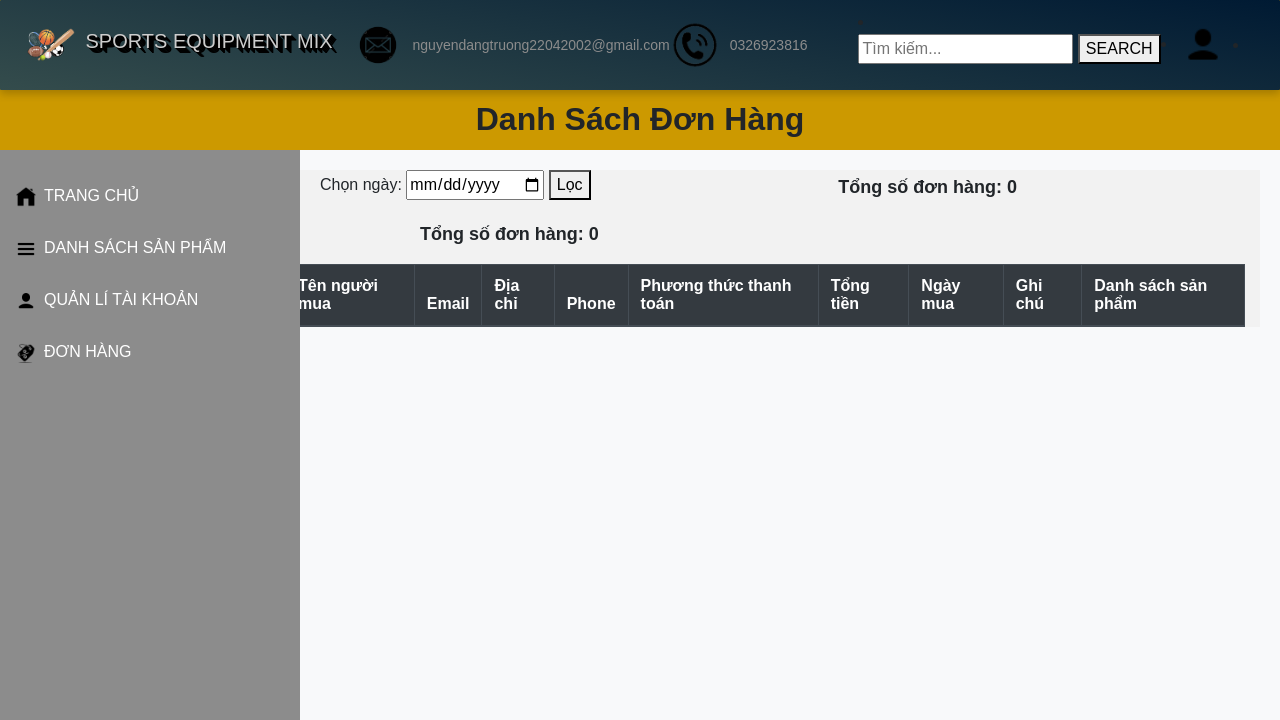
Repository: nguyendangtruong220420002/WWW-BanDungCuThietBiTheThao
Page: http://localhost/WebBanDungCuTheThao/QuanLy/DSDonHang.jsp
An editor plug-in stored every save of this project. The page is shown before and after the next save, followed by the edit.
The browser window is 1280 px wide. The pictures show the whole page.
The page is served by Tomcat 10. Other server files are loaded and not shown. The template is opened directly, without the code that normally fills it, so the values that code supplies are empty.

Above is the page before, as saved 2024-07-22 07:37:32.

### WebBanDungCuTheThao/src/main/webapp/QuanLy/DSDonHang.jsp
<%@ page language="java" contentType="text/html; charset=UTF-8"
	pageEncoding="UTF-8"%>
<%@ taglib uri="http://java.sun.com/jsp/jstl/core" prefix="c"%>

<%@ taglib uri="http://java.sun.com/jsp/jstl/functions" prefix="fn"%>
<%@ taglib uri="http://java.sun.com/jsp/jstl/fmt" prefix="fmt"%>
<html>
<head>
<meta charset="UTF-8">
<title>Quản Lý Đơn Hàng</title>
<link
	href="https://stackpath.bootstrapcdn.com/bootstrap/4.5.2/css/bootstrap.min.css"
	rel="stylesheet">
<!-- Bootstrap JS và jQuery -->
<script src="https://code.jquery.com/jquery-3.5.1.slim.min.js"></script>
<script
	src="https://cdn.jsdelivr.net/npm/@popperjs/core@2.9.2/dist/umd/popper.min.js"></script>
<script
	src="https://stackpath.bootstrapcdn.com/bootstrap/4.5.2/js/bootstrap.min.js"></script>
<style>
body {
	font-family: Arial, sans-serif;
	margin: 0;
	padding: 0;
	box-sizing: border-box;
	display: flex;
	flex-direction: column;
	min-height: 100vh;
}

.logo {
	display: flex;
	align-items: center;
	justify-content: space-around;
	padding: 10px;
	background: linear-gradient(10deg, #344c4c, #001a33);
	border-radius: 1px;
	box-shadow: 0 4px 8px rgba(0, 0, 0, 0.2);
}

.logo-left {
	display: flex;
	align-items: center;
}

.logo-right {
	display: flex;
	align-items: center;
}

.logo img {
	height: 50px;
	width: 50px;
	margin-right: 10px;
}

.logo h1 {
	font-size: 20px;
	text-shadow: 1px 1px 0 #000, 2px 2px 0 #000, 3px 3px 0 #000, 4px 4px 0
		#000, 5px 5px 0 #000;
	color: #cccccc;
	font-weight: 100;
	margin-right: 20px;
}

.contact-info {
	display: flex;
	align-items: center;
	margin-right: 20px;
}

.contact-info h2 {
	margin: 0;
	font-size: 14px;
	color: #8c8c8c;
}

.social-icons img {
	height: 40px;
	width: 40px;
	margin: 10px;
}

header {
	background-color: #cc9900;
	height: 150px;
}

.memu-icons {
	height: 15px;
	width: 15px;
	margin: 0 5px;
}

.user-menu {
	display: none;
	position: absolute;
	background-color: white;
	border: 1px solid #ccc;
	padding: 10px;
	right: 15px;
	top: 40px;
}

.user-menu a {
	display: block;
	color: #333;
	text-decoration: none;
	margin: 5px 0;
}

.user-icon {
	position: relative;
	cursor: pointer;
}

.sidebar {
	width: 300px;
	height: 100%;
	background-color: #8c8c8c;
	padding-top: 20px;
	position: fixed;
	top: 150px; /* Dưới header */
	left: 0;
	overflow-y: auto;
}

.nav-list {
	list-style-type: none;
	padding: 0;
	margin: 0;
}

.nav-list li {
	position: relative;
}

.nav-list li a {
	display: block;
	color: white;
	padding: 14px 16px;
	text-decoration: none;
}

.nav-list li a:hover {
	background-color: #111;
}

.menu-icons {
	height: 20px;
	width: 20px;
	margin-right: 8px;
}

.dropdown-content {
	display: none;
	background-color: #444;
	padding-left: 20px;
}

.dropdown-content a {
	color: white;
	padding: 12px 16px;
	text-decoration: none;
	display: block;
}

.dropdown-content a:hover {
	background-color: #555;
}

main {
	margin-left: 250px; /* Để lại khoảng trống cho sidebar */
	padding: 20px;
	flex: 1;
}

.show {
	display: block;
}
</style>
<script>
	function toggleUserMenu() {
		var userMenu = document.getElementById("user-menu");
		if (userMenu.style.display === "block") {
			userMenu.style.display = "none";
		} else {
			userMenu.style.display = "block";
		}
	}
	function toggleDropdown(event) {
		event.preventDefault();
		var dropdownContent = event.currentTarget.nextElementSibling;
		dropdownContent.classList.toggle("show");
	}
	function filterByDate() {
	    // Lấy ngày từ form lọc
	    const filterDate = document.getElementById('filterDate').value;
	    const formattedDate = new Date(filterDate).toISOString().split('T')[0]; // Định dạng ngày theo yyyy-MM-dd

	    // Lấy tất cả các hàng trong bảng
	    const rows = document.querySelectorAll('#paymentsTableBody tr');

	    rows.forEach(row => {
	        // Lấy giá trị ngày từ thuộc tính data-date
	        const rowDate = row.getAttribute('data-date');

	        // So sánh ngày để quyết định hiển thị hoặc ẩn hàng
	        if (rowDate === formattedDate) {
	            row.style.display = ''; // Hiển thị hàng
	        } else {
	            row.style.display = 'none'; // Ẩn hàng
	        }
	    });
	}

</script>


</head>
<body>
	<header>
		<div class="logo">
			<div class="logo-left">
				<img alt="" src="IMG/logo.png">
				<h1>SPORTS EQUIPMENT MIX</h1>
				<div class="contact-info">
					<img alt="" src="IMG/thu.png" class="social-icons">
					<h2>nguyendangtruong22042002@gmail.com</h2>
					<img alt="" src="IMG/call.png" class="social-icons">
					<h2>0326923816</h2>
				</div>
			</div>
			<div class="logo-right">
				<li>
					<form action="search.jsp" method="get">
						<input type="text" name="query" placeholder="Tìm kiếm...">
						<button type="submit">SEARCH</button>
					</form>
				</li>
				<li><a href="#" class="user-icon" onclick="toggleUserMenu()"><img
						alt="" src="IMG/user.png" style="height: 40px; width: 40px"></a>
					<div id="user-menu" class="user-menu">
						<c:choose>
							<c:when test="${not empty sessionScope.ten}">
								<span class="user-info font-weight-bold text-black"> <c:out
										value="Xin chào: ${sessionScope.ten}" />
								</span>
								<button type="button" class="btn btn-danger"
									onclick="confirmLogout()">Đăng Xuất</button>
							</c:when>
							<c:otherwise>
								<button type="button" class="btn btn-primary"
									data-toggle="modal" data-target="#loginModal">Đăng
									Nhập</button>
								<button type="button" class="btn btn-primary"
									data-toggle="modal" data-target="#registerModal">Đăng
									Ký</button>
							</c:otherwise>
						</c:choose>
					</div></li>
				<li>
			</div>
		</div>
		<div style="text-align: center; margin-top: 10px">
			<h2 style="font-weight: bold;">Danh Sách Đơn Hàng</h2>
		</div>
	</header>
	<nav class="sidebar">
		<ul class="nav-list">
			<li><a href="Admin.jsp"><img alt="" src="IMG/home.png"
					class="menu-icons">TRANG CHỦ</a></li>
			<li class="dropdown"><a href="javascript:void(0)"
				class="dropbtn" onclick="toggleDropdown(event)"><img alt=""
					src="IMG/menu.png" class="menu-icons">DANH SÁCH SẢN PHẨM</a>
				<div class="dropdown-content">
					<a href="DanhSachLoaiSanPhamServlet">Loại Sản phẩm</a> <a
						href="DanhSachSanPhamServlet">Sản phẩm</a>
				</div></li>
			<li><a href="users.jsp"><img alt="" src="IMG/user.png"
					class="menu-icons">QUẢN LÍ TÀI KHOẢN</a></li>
			<li><a href="DSDonHangServlet"><img alt=""
					src="IMG/sale.png" class="menu-icons">ĐƠN HÀNG</a></li>
		</ul>
	</nav>
	<main>
		<div class="container"
			style="background-color: #f2f2f2; max-width: 1600px">

			<div class="content">
				<div class="row mb"
					style="display: flex; align-items: center; margin-left: 20px;">

					<div class="col-md-4" style="display: flex; align-items: center;">
						<form id="filterForm" method="get">
							<label for="filterDate">Chọn ngày:</label> <input type="date"
								id="filterDate" name="filterDate" value="${filterDate}" />
							<button type="submit">Lọc</button>
						</form>
					</div>

					<div class="col-md-4"
						style="font-weight: bold; font-size: 18px; margin-left: 200px">

						<p>Tổng số đơn hàng: ${fn:length(payments)}</p>
					</div>
					<div class="col-md"
						style="font-weight: bold; font-size: 18px; margin-left: 100px">

						<p>Tổng số đơn hàng: ${fn:length(payments)}</p>
					</div>
				</div>

			</div>
			<table class="table table-bordered">
				<thead class="thead-dark">
					<tr>
						<th>Tên người mua</th>
						<th>Email</th>
						<th>Địa chỉ</th>
						<th>Phone</th>
						<th>Phương thức thanh toán</th>
						<th>Tổng tiền</th>
						<th>Ngày mua</th>
						<th>Ghi chú</th>
						<th>Danh sách sản phẩm</th>
					</tr>

				</thead>
				<tbody id="paymentsTableBody">
					<c:forEach var="payment" items="${payments}">
						<tr>
							<td>${payment.hoten}</td>
							<td>${payment.email}</td>
							<td>${payment.address}</td>
							<td>${payment.phone}</td>
							<td>${payment.paymentMethod}</td>
							<td>${payment.total}</td>
							<td><fmt:formatDate value="${payment.purchaseDate}"
									pattern="dd-MM-yyyy HH:mm" /></td>
							<td>${payment.ghichu}</td>
							<td>
								<ul>
									<c:forEach var="sanPham" items="${payment.sanPhams}">
										<li>Tên sản phẩm: ${sanPham.tensanpham}, Số lượng:
											${sanPham.soluong}, Giá: ${sanPham.giagiam}</li>
									</c:forEach>
								</ul>
							</td>
						</tr>
					</c:forEach>
				</tbody>

			</table>
		</div>
	</main>


	<footer> </footer>

	<jsp:include page="../Modal/register.jsp" />
	<jsp:include page="../Modal/login.jsp" />
	<!-- Modal Đăng ký thành công -->
	<div class="modal fade" id="registerSuccessModal" tabindex="-1"
		role="dialog" aria-labelledby="registerSuccessModalLabel"
		aria-hidden="true">
		<div class="modal-dialog" role="document">
			<div class="modal-content">
				<div class="modal-header">
					<h5 class="modal-title" id="registerSuccessModalLabel">Đăng Ký
						Thành Công</h5>
					<button type="button" class="close" data-dismiss="modal"
						aria-label="Close">
						<span aria-hidden="true">&times;</span>
					</button>
				</div>
				<div class="modal-body">Chúc mừng! Bạn đã đăng ký thành công.
				</div>
				<div class="modal-footer">
					<button type="button" class="btn btn-secondary"
						data-dismiss="modal">Đóng</button>
				</div>
			</div>
		</div>
	</div>

	<!-- JavaScript để hiển thị modal khi cần -->
	<script>
        $(document).ready(function() {
            <%-- Kiểm tra xem thuộc tính registerSuccess có trong session không --%>
            <% if (session.getAttribute("registerSuccess") != null && (Boolean) session.getAttribute("registerSuccess")) { %>
                <%-- Hiển thị modal "Đăng ký thành công" --%>
                $('#registerSuccessModal').modal('show');
            <% }
               session.removeAttribute("registerSuccess");
            %>
        });
    </script>
	<!-- Modal Đăng nhập thành công -->
	<div class="modal fade" id="loginSuccessModal" tabindex="-1"
		role="dialog" aria-labelledby="loginSuccessModalLabel"
		aria-hidden="true">
		<div class="modal-dialog" role="document">
			<div class="modal-content">
				<div class="modal-header">
					<h5 class="modal-title" id="loginSuccessModalLabel">Đăng Nhập
						Thành Công</h5>
					<button type="button" class="close" data-dismiss="modal"
						aria-label="Close">
						<span aria-hidden="true">&times;</span>
					</button>
				</div>
				<div class="modal-body">Chào mừng bạn đã đăng nhập thành công.
				</div>
				<div class="modal-footer">
					<button type="button" class="btn btn-secondary"
						data-dismiss="modal">Đóng</button>
				</div>
			</div>
		</div>
	</div>
	<script>
    $(document).ready(function() {

        <% if (session.getAttribute("loginSuccess") != null && (Boolean) session.getAttribute("loginSuccess")) { %>
            $('#loginSuccessModal').modal('show');
            <% session.removeAttribute("loginSuccess"); %>

            // Thay đổi nút "Đăng Nhập" và "Đăng Ký" thành nút "Đăng Xuất"
            var tenuser = '${sessionScope.ten}'; // Lấy tên người dùng từ session
            $('#user-menu').html('<span class="user-info font-weight-bold text-black">Xin Chào  ' + tenuser + '</span>' +
                '<button type="button" class="btn btn-danger" onclick="confirmLogout()">Đăng Xuất</button>');
        <% } %>
    });

    function confirmLogout() {
        // Hiển thị modal xác nhận đăng xuất
        $('#confirmLogoutModal').modal('show');
    }

    function logout() {
    	window.location.href = "LogoutServlet";
    }
</script>
	<!-- Modal Đăng nhập không thành công -->
	<div class="modal fade" id="loginFailedModal" tabindex="-1"
		role="dialog" aria-labelledby="loginFailedModalLabel"
		aria-hidden="true">
		<div class="modal-dialog" role="document">
			<div class="modal-content">
				<div class="modal-header">
					<h5 class="modal-title" id="loginFailedModalLabel">Đăng Nhập
						Không Thành Công</h5>
					<button type="button" class="close" data-dismiss="modal"
						aria-label="Close">
						<span aria-hidden="true">&times;</span>
					</button>
				</div>
				<div class="modal-body">Đăng nhập không thành công. Vui lòng
					kiểm tra lại email và mật khẩu.</div>
				<div class="modal-footer">
					<button type="button" class="btn btn-secondary"
						data-dismiss="modal">Đóng</button>
				</div>
			</div>
		</div>
	</div>
	<script>
    $(document).ready(function() {
        <%-- Kiểm tra xem thuộc tính loginFailed có trong session không --%>
        <% if (session.getAttribute("loginFailed") != null && (Boolean) session.getAttribute("loginFailed")) { %>
            <%-- Hiển thị modal "Đăng nhập không thành công" --%>
            $('#loginFailedModal').modal('show');
        <% }
           session.removeAttribute("loginFailed");
        %>
    });
</script>
	<!-- Modal xác nhận đăng xuất -->
	<div class="modal fade" id="confirmLogoutModal" tabindex="-1"
		role="dialog" aria-labelledby="confirmLogoutModalLabel"
		aria-hidden="true">
		<div class="modal-dialog" role="document">
			<div class="modal-content">
				<div class="modal-header">
					<h5 class="modal-title" id="confirmLogoutModalLabel">Xác nhận
						đăng xuất</h5>
					<button type="button" class="close" data-dismiss="modal"
						aria-label="Close">
						<span aria-hidden="true">&times;</span>
					</button>
				</div>
				<div class="modal-body">Bạn có chắc chắn muốn đăng xuất không?
				</div>
				<div class="modal-footer">
					<button type="button" class="btn btn-secondary"
						data-dismiss="modal">Hủy</button>
					<button type="button" class="btn btn-primary" onclick="logout()">Đăng
						xuất</button>
				</div>
			</div>
		</div>
	</div>





</body>
</html>

### WebBanDungCuTheThao/src/main/webapp/Modal/register.jsp
<%@ page language="java" contentType="text/html; charset=UTF-8"
    pageEncoding="UTF-8"%>
<!DOCTYPE html>
<html>
<head>
<meta charset="UTF-8">
<title>Register</title>
<link rel="stylesheet" href="https://stackpath.bootstrapcdn.com/bootstrap/4.3.1/css/bootstrap.min.css">
<style>
body {
    font-family: Arial, sans-serif;
    background-color: #f8f9fa;
    margin: 0;
    padding: 0;
}
.modal-content {
    border-radius: 8px;
    border: none;
}
.modal-header {
    background-color: #007bff;
    color: #fff;
    border-bottom: none;
    border-top-left-radius: 8px;
    border-top-right-radius: 8px;
}
.modal-title {
    margin: 0;
    font-weight: bold;
}
.close {
    color: #fff;
    opacity: 1;
}
.modal-body {
    padding: 20px;
}
.form-group label {
    font-weight: bold;
}
.form-control {
    border-radius: 4px;
    border: 1px solid #ced4da;
    padding: 10px;
}
.btn-primary {
    background-color: #007bff;
    border: none;
    border-radius: 4px;
    padding: 10px 20px;
}
.btn-primary:hover {
    background-color: #0056b3;
}
</style>
</head>
<body>
<div class="modal fade" id="registerModal" tabindex="-1" role="dialog" aria-labelledby="registerModalLabel" aria-hidden="true">
  <div class="modal-dialog" role="document">
    <div class="modal-content">
      <div class="modal-header">
        <h5 class="modal-title" id="registerModalLabel">Đăng Ký</h5>
        <button type="button" class="close" data-dismiss="modal" aria-label="Close">
          <span aria-hidden="true">&times;</span>
        </button>
      </div>
      <div class="modal-body">
        <form action="UserServlet" method="post">
          <div class="form-group">
            <label for="username">Họ và Tên</label>
            <input type="text" class="form-control" id="tenuser" name="tenuser" required>
          </div>
          <div class="form-group">
            <label for="password">Mật Khẩu</label>
            <input type="password" class="form-control" id="password" name="password" required>
          </div>
          <div class="form-group">
            <label for="email">Email</label>
            <input type="email" class="form-control" id="email" name="email" required>
          </div>
          <button type="submit" class="btn btn-primary">Đăng Ký</button>
        </form>
      </div>
    </div>
  </div>
</div>
<script src="https://code.jquery.com/jquery-3.3.1.slim.min.js"></script>
<script src="https://cdnjs.cloudflare.com/ajax/libs/popper.js/1.14.7/umd/popper.min.js"></script>
<script src="https://stackpath.bootstrapcdn.com/bootstrap/4.3.1/js/bootstrap.min.js"></script>
</body>
</html>

### WebBanDungCuTheThao/src/main/webapp/Modal/login.jsp
<%@ page language="java" contentType="text/html; charset=UTF-8"
	pageEncoding="UTF-8"%>
<%@ taglib uri="http://java.sun.com/jsp/jstl/core" prefix="c"%>
<!DOCTYPE html>
<html>
<head>
<meta charset="UTF-8">
<title>Login</title>
<link rel="stylesheet"
	href="https://stackpath.bootstrapcdn.com/bootstrap/4.3.1/css/bootstrap.min.css">
<style>
body {
	font-family: Arial, sans-serif;
	background-color: #f8f9fa;
	margin: 0;
	padding: 0;
}

.modal-content {
	border-radius: 8px;
	border: none;
}

.modal-header {
	background-color: #007bff;
	color: #fff;
	border-bottom: none;
	border-top-left-radius: 8px;
	border-top-right-radius: 8px;
}

.modal-title {
	margin: 0;
	font-weight: bold;
}

.close {
	color: #fff;
	opacity: 1;
}

.modal-body {
	padding: 20px;
}

.form-group label {
	font-weight: bold;
}

.form-control {
	border-radius: 4px;
	border: 1px solid #ced4da;
	padding: 10px;
}

.btn-primary {
	background-color: #007bff;
	border: none;
	border-radius: 4px;
	padding: 10px 20px;
}

.btn-primary:hover {
	background-color: #0056b3;
}
</style>
</head>
<body>
	<div class="modal fade" id="loginModal" tabindex="-1" role="dialog"
		aria-labelledby="loginModalLabel" aria-hidden="true">
		<div class="modal-dialog" role="document">
			<div class="modal-content">
				<div class="modal-header">
					<h5 class="modal-title" id="loginModalLabel">Đăng Nhập</h5>
					<button type="button" class="close" data-dismiss="modal"
						aria-label="Close">
						<span aria-hidden="true">&times;</span>
					</button>
				</div>
				<div class="modal-body">
					<form action="LoginServlet" method="post">
						<div class="form-group">
							<label for="email">Email :</label> <input type="text"
								class="form-control" id="email" name="email" required>

						</div>
						<div class="form-group">
							<label for="password">Mật Khẩu:</label> <input type="password"
								class="form-control" id="password" name="password" required>
						</div>
						<div class="form-group">
							<div class="checkbox">
								<label><input type="checkbox" name="remember">
									Nhớ tài khoảng</label>
							</div>
						</div>
						<button type="submit" class="btn btn-primary">Đăng Nhập</button>
					</form>
				</div>
			</div>
		</div>
	</div>
	<script src="https://code.jquery.com/jquery-3.3.1.slim.min.js"></script>
	<script
		src="https://cdnjs.cloudflare.com/ajax/libs/popper.js/1.14.7/umd/popper.min.js"></script>
	<script
		src="https://stackpath.bootstrapcdn.com/bootstrap/4.3.1/js/bootstrap.min.js"></script>
</body>
</html>

After the next save:
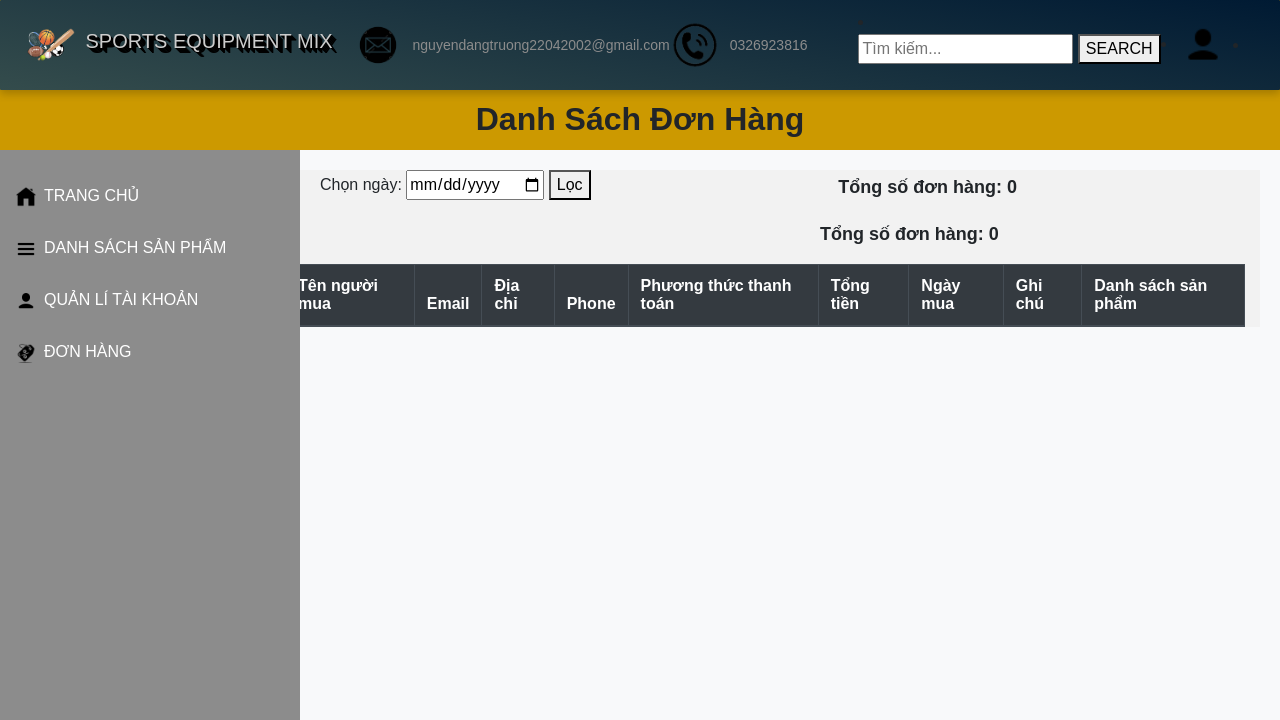
Saved 5 s later.
--- a/WebBanDungCuTheThao/src/main/webapp/QuanLy/DSDonHang.jsp
+++ b/WebBanDungCuTheThao/src/main/webapp/QuanLy/DSDonHang.jsp
@@ -305,7 +305,7 @@
 						<p>Tổng số đơn hàng: ${fn:length(payments)}</p>
 					</div>
 					<div class="col-md"
-						style="font-weight: bold; font-size: 18px; margin-left: 100px">
+						style="font-weight: bold; font-size: 18px; margin-left: 500px">
 
 						<p>Tổng số đơn hàng: ${fn:length(payments)}</p>
 					</div>

After the save that followed:
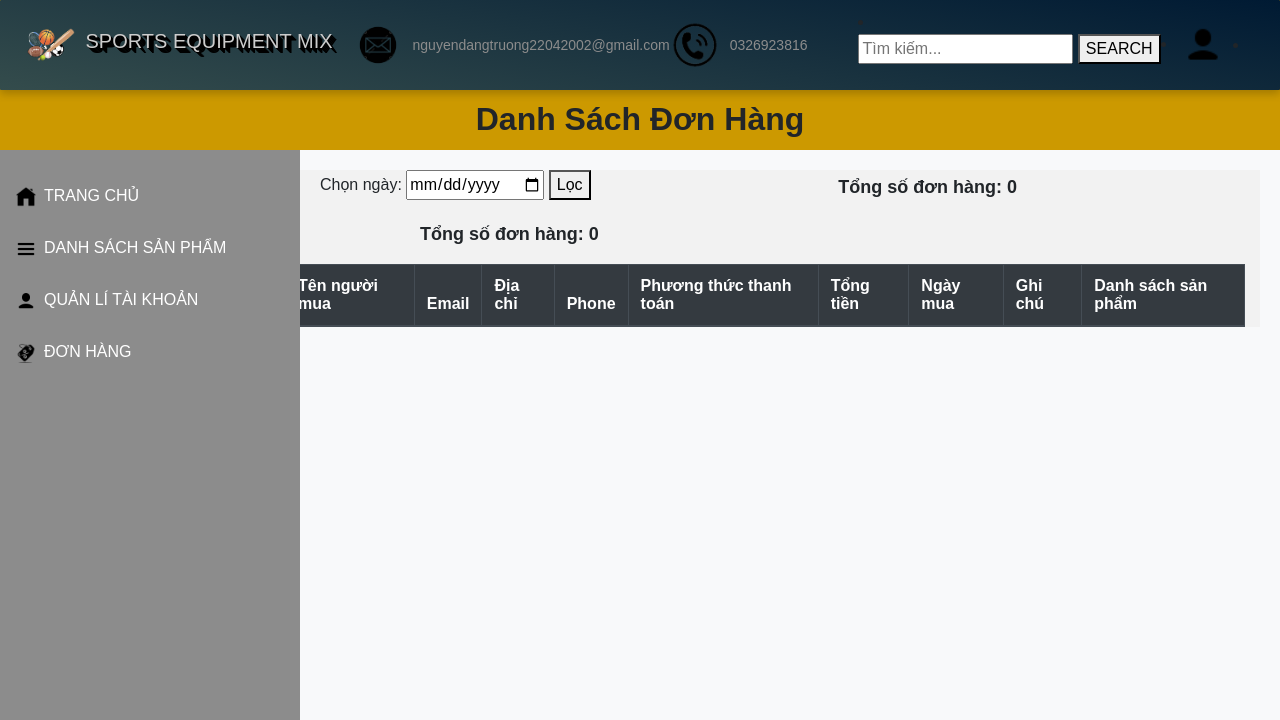
Saved 6 s later.
--- a/WebBanDungCuTheThao/src/main/webapp/QuanLy/DSDonHang.jsp
+++ b/WebBanDungCuTheThao/src/main/webapp/QuanLy/DSDonHang.jsp
@@ -305,7 +305,7 @@
 						<p>Tổng số đơn hàng: ${fn:length(payments)}</p>
 					</div>
 					<div class="col-md"
-						style="font-weight: bold; font-size: 18px; margin-left: 500px">
+						style="font-weight: bold; font-size: 18px; margin-left: 100px">
 
 						<p>Tổng số đơn hàng: ${fn:length(payments)}</p>
 					</div>
